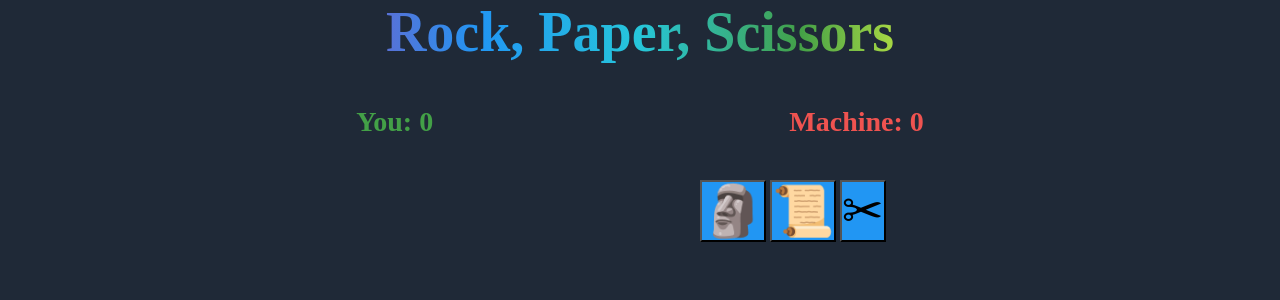
Repository: dung8466/RPS
Page: index.html
These files come from the project's save history. The page is drawn as it stood at one moment and after the next save; the edit follows.
The browser window is 1280 px wide. The pictures show the whole page.

Above is the page before, as saved 2022-07-01 21:20:09.

After the next save:
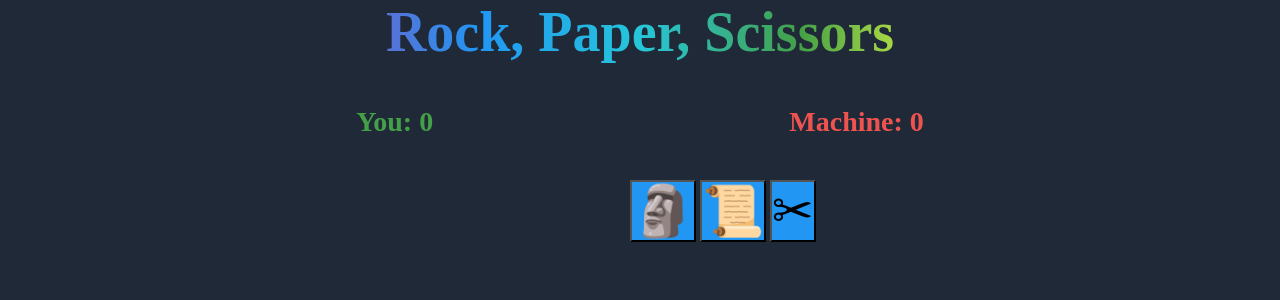
Saved 4 s later.
--- a/style.css
+++ b/style.css
@@ -39,7 +39,7 @@
     color :#ef5350;
 }
 .selections{
-    margin-left: 50em;
+    margin-left: 45em;
 }
 .selection{
     font-size: 50px;
